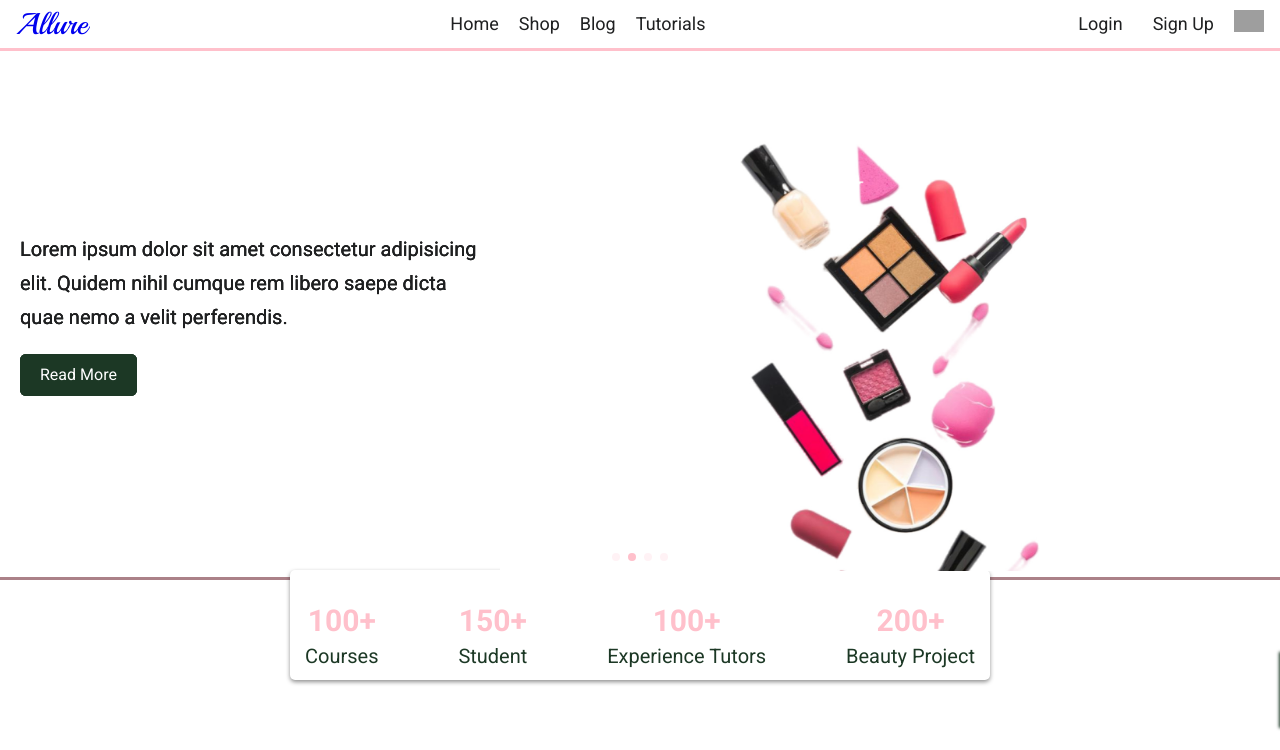
Repository: Benedict-Anthony/Allure-E-commerce-React-Js
Page: /
The author's editor kept a copy of each file at every save. The page is drawn from the files as they stood at one save, then again after the next save.
The browser window is 1280 px wide. The pictures show the whole page.
Pictures or frames that could not be fetched are drawn as grey boxes. The page's requests for data from a server got no answer. The project was rebuilt for these pictures with package versions that can differ from the ones it lists, and the page was loaded fresh each time. No one was signed in, and anything a server would have sent is missing. Also part of the build but not shown: src/App.css, src/css/courses.css, src/shared/Course.tsx, src/shared/Product.tsx, src/pages/Shop.tsx, src/pages/Tutorials.tsx, src/pages/ProductDetail.tsx, src/components/CourseDetails.tsx and 15 more.

Above is the page before, as saved 2023-01-28 05:16:01.

After the next save:
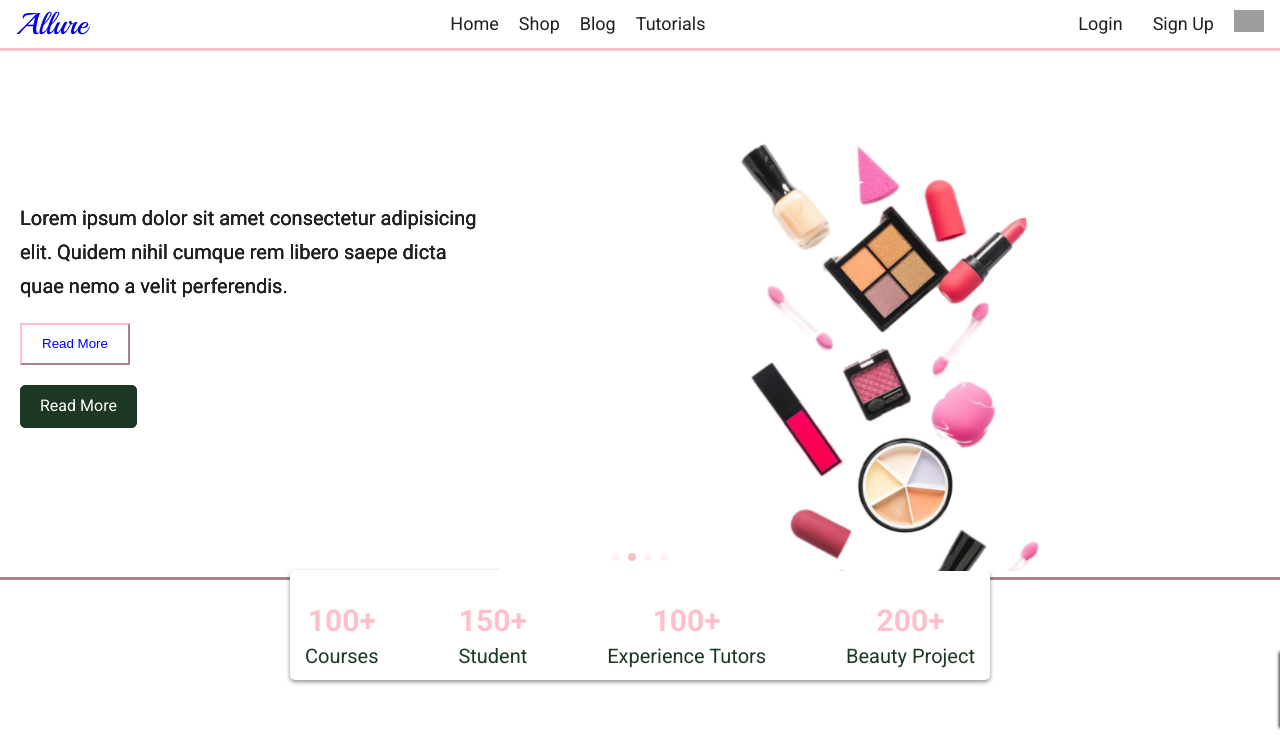
Saved 25 min 6 s later.
--- a/src/components/Landing.tsx
+++ b/src/components/Landing.tsx
@@ -15,6 +15,8 @@
 import { Courses } from '../scripts/topNavItems';
 
 import "../css/landing.css";
+import Button from '../shared/Button';
+import { Link } from 'react-router-dom';
 
 
 const Landing: FC = () => {
@@ -45,7 +47,9 @@
                             <div className="flex flex-center landing__page ">
                                 <div className="landing__info">
                                     <p>{item.text}</p>
-
+                                    <Button type='button'>
+                                        <Link to={item.link}>Read More</Link>
+                                    </Button>
                                     <a href={item.link} className="button">Read More</a>
                                 </div>
                                 <div className="landing__image">
